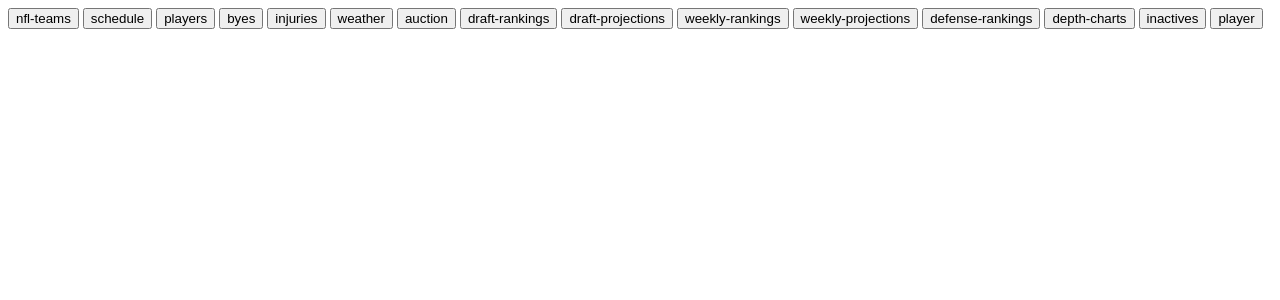
Repository: icirlin/Football-Management-App
Page: ApiDataDisplay.html
The author's editor kept a record of every edit. The page is drawn from the files as they stood at one moment, then again after the next edit.
The browser window is 1280 px wide. The pictures show the whole page.
Some web libraries are served in a nearby version.

Above is the page before.

After the next edit:
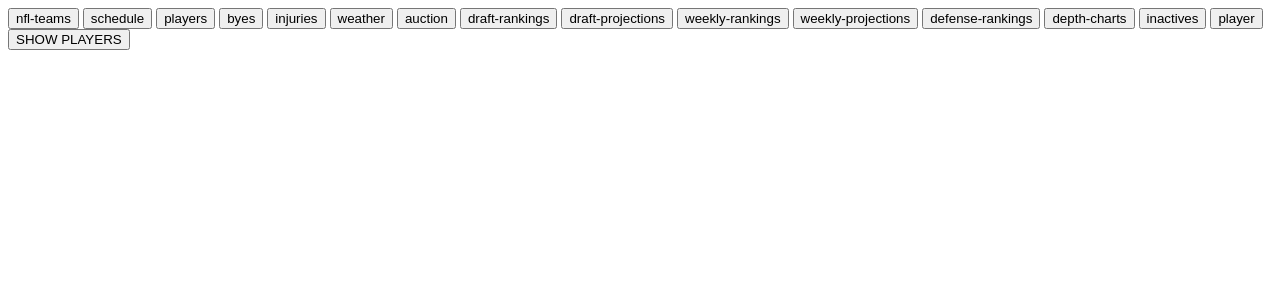
The edit:
--- a/ApiDataDisplay.html
+++ b/ApiDataDisplay.html
@@ -52,6 +52,7 @@
         <button class="my_button" value="depth-charts">depth-charts</button>
         <button class="my_button" value="inactives">inactives</button>
         <button class="my_button" value="player">player</button>
+        <button class="db_button" value="player">SHOW PLAYERS</button>
 
         <pre id="apiTable"></pre>
     </body>
